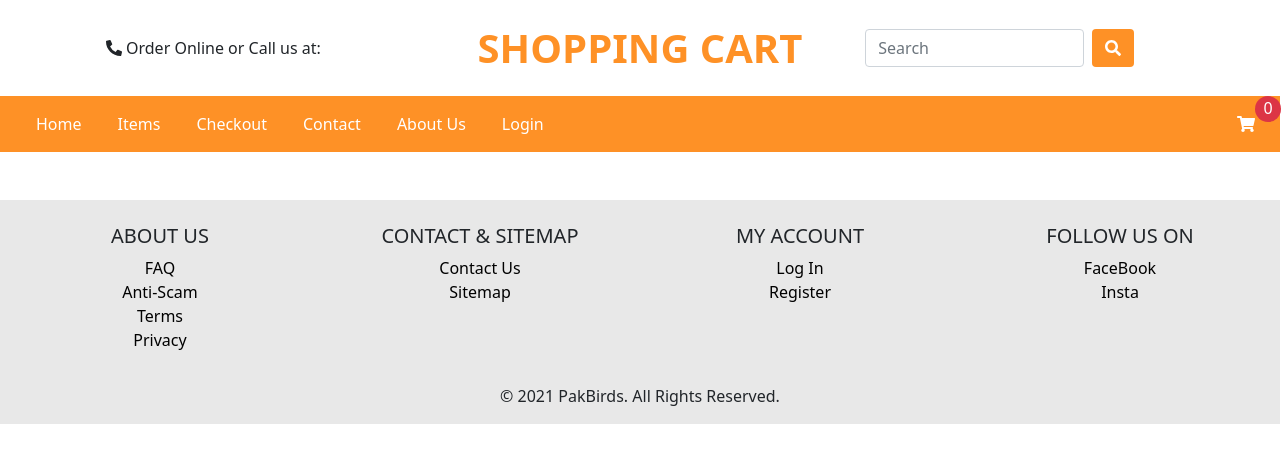
Repository: SaudCh/React-Ecommerce
Page: /checkout
The author's editor kept a copy of each file at every save. The page is drawn from the files as they stood at one save, then again after the next save.
The browser window is 1280 px wide. The page is 1281 px wide, then 1280 px, so the pictures cover 1281 px, including what lies to the right of the window. The pictures show the whole page.
The project was rebuilt for these pictures with package versions that can differ from the ones it lists, and the page was loaded fresh each time. Also part of the build but not shown: src/App.css, src/Home/Carousel.jsx, src/data/items.js, src/data/discounted.js, src/Home/Card.jsx, src/Home/home.jsx, src/Login/Login.jsx, src/Register/register.jsx and 3 more.

Above is the page before, as saved 2021-12-22 14:54:00.

### src/App.js
import "./App.css";
import Header from "./Header/Header";
import "../node_modules/bootstrap/dist/css/bootstrap.min.css";
import "../node_modules/bootstrap/dist/js/bootstrap.bundle.min";
import Home from "./Home/home";
import { BrowserRouter, Switch, Route } from "react-router-dom";
import Login from "./Login/Login";
import Register from "./Register/register";
import Item from "./Item/item";
import Footer from "./Footer/Footer";
import React, { useState } from "react";
import Cart from "./Cart/Cart";

function App() {
  const [cart, setCart] = useState([]);
  const cartHandler = (prod) => {
    //console.log(prod);
    setCart((product) => [...product, prod]);
    //console.log(cart);
  };
  const removeCart = (id) => {
    //console.log(id);
    setCart((c) => {
      return c.filter((ca) => ca.id !== id);
    });
  };
  return (
    <BrowserRouter>
      <Header cart={cart} />
      <Switch>
        <Route path="/" exact>
          <Home cartHandler={cartHandler} />
        </Route>
        <Route path="/product/:pid" exact>
          <Item />
        </Route>
        <Route path="/login" exact>
          <Login />
        </Route>
        <Route path="/register" exact>
          <Register />
        </Route>
        <Route path="/cart" exact>
          {/* <Register /> */}
          <Cart cart={cart} removeCart={removeCart} />
        </Route>
      </Switch>
      <Footer />
    </BrowserRouter>
  );
}

export default App;

### src/Header/Header.jsx
import {
  faPhoneAlt,
  faSearch,
  faShoppingCart,
} from "@fortawesome/free-solid-svg-icons";
import { FontAwesomeIcon } from "@fortawesome/react-fontawesome";
import React from "react";
import { Link } from "react-router-dom";
import "./Header.css";

export default function Header(props) {
  return (
    <div>
      <nav className="container-fluid  my-4">
        <div className="row align-items-center">
          <div className="col-12 col-md-4 my-2 my-lg-0 text-center ">
            <p className="m-0 p-0">
              <FontAwesomeIcon icon={faPhoneAlt} /> Order Online or Call us at:{" "}
            </p>
          </div>
          <div className="col-12 col-md-4 my-2 my-lg-0 text-center">
            <p className="m-0 fw-bold h1" style={{ color: "#fe9126" }}>
              SHOPPING CART
            </p>
          </div>
          <div className="col-12 col-md-4 my-2 my-lg-0 text-center">
            <form class="d-flex col-12 col-lg-8">
              <input
                class="form-control me-2"
                type="search"
                placeholder="Search"
                aria-label="Search"
              />
              <button
                class="btn text-white"
                style={{ backgroundColor: "#fe9126" }}
                type="submit"
              >
                <FontAwesomeIcon icon={faSearch} />
              </button>
            </form>
          </div>
        </div>
      </nav>
      <nav
        class="navbar navbar-expand-md navbar-dark"
        style={{ backgroundColor: "#fe9126" }}
      >
        <div class="container-fluid">
          <Link class="navbar-brand" href="#"></Link>

          <button
            class="navbar-toggler"
            type="button"
            data-bs-toggle="collapse"
            data-bs-target="#navbarSupportedContent"
            aria-controls="navbarSupportedContent"
            aria-expanded="false"
            aria-label="Toggle navigation"
          >
            <span class="navbar-toggler-icon"></span>
          </button>
          <div class="collapse navbar-collapse" id="navbarSupportedContent">
            <ul class="navbar-nav me-auto mb-2 mb-lg-0 nav-ul">
              <li class="nav-item">
                <Link class="nav-link  text-white" aria-current="page" to="/">
                  Home
                </Link>
              </li>
              <li class="nav-item">
                <Link class="nav-link  text-white" to="#">
                  Items
                </Link>
              </li>

              <li class="nav-item">
                <Link
                  class="nav-link text-white"
                  to="#"
                  tabindex="-1"
                  aria-disabled="true"
                >
                  Checkout
                </Link>
              </li>
              <li class="nav-item">
                <Link
                  class="nav-link text-white"
                  to="#"
                  tabindex="-1"
                  aria-disabled="true"
                >
                  Contact
                </Link>
              </li>
              <li class="nav-item">
                <Link
                  class="nav-link text-white"
                  to="#"
                  tabindex="-1"
                  aria-disabled="true"
                >
                  About Us
                </Link>
              </li>
              <li class="nav-item">
                <Link
                  class="nav-link text-white"
                  to="/login"
                  tabindex="-1"
                  aria-disabled="true"
                >
                  Login
                </Link>
              </li>
            </ul>
            <Link to="/cart" className="btn text-white">
              <FontAwesomeIcon icon={faShoppingCart} />
              <span
                className="bg-danger"
                style={{
                  borderRadius: "50%",
                  position: "absolute",
                  top: 0,
                  height: 26,
                  width: 26,
                }}
              >
                {props.cart.length}
              </span>
            </Link>
          </div>
        </div>
      </nav>
    </div>
  );
}

### src/Footer/Footer.jsx
import React from "react";
import "./footer.css";

export default function Footer() {
  return (
    <footer
      style={{ backgroundColor: "#e8e8e8" }}
      class="page-footer font-small blue pt-4 mt-5"
    >
      <div class="container-fluid text-center text-md-left">
        <div class="row">
          <div class="col-md-3 mb-md-0 mb-3">
            <h5 class="text-uppercase">ABOUT US</h5>

            <ul class="list-unstyled">
              <li>
                <a href="#!">FAQ</a>
              </li>
              <li>
                <a href="#!">Anti-Scam</a>
              </li>
              <li>
                <a href="#!">Terms</a>
              </li>
              <li>
                <a href="#!">Privacy</a>
              </li>
            </ul>
          </div>
          <div class="col-md-3 mb-md-0 mb-3">
            <h5 class="text-uppercase">CONTACT & SITEMAP</h5>

            <ul class="list-unstyled">
              <li>
                <a href="#!">Contact Us</a>
              </li>
              <li>
                <a href="#!">Sitemap</a>
              </li>
            </ul>
          </div>
          <div class="col-md-3 mb-md-0 mb-3">
            <h5 class="text-uppercase">MY ACCOUNT</h5>

            <ul class="list-unstyled">
              <li>
                <a href="#!">Log In</a>
              </li>
              <li>
                <a href="#!">Register</a>
              </li>
            </ul>
          </div>

          <div class="col-md-3 mb-md-0 mb-3">
            <h5 class="text-uppercase">FOLLOW US ON</h5>

            <ul class="list-unstyled">
              <li>
                <a href="#!">FaceBook</a>
              </li>
              <li>
                <a href="#!">Insta</a>
              </li>
            </ul>
          </div>
        </div>
      </div>

      <div class="footer-copyright text-center py-3">
        © 2021 PakBirds. All Rights Reserved.
      </div>
    </footer>
  );
}

### src/Header/Header.css
.nav-ul li {
  margin-right: 20px;
}

### src/Footer/footer.css
* {
  margin: 0;
  padding: 0;
}
.links {
  color: black;
  text-decoration: none;
}
.links:hover {
  color: black;
}

footer a {
  color: black;
  text-decoration: none;
}
footer a:hover {
  color: black;
}

Loaded but not shown: public/index.html (common file); src/index.js (common file); src/reportWebVitals.js (common file)

After the next save:
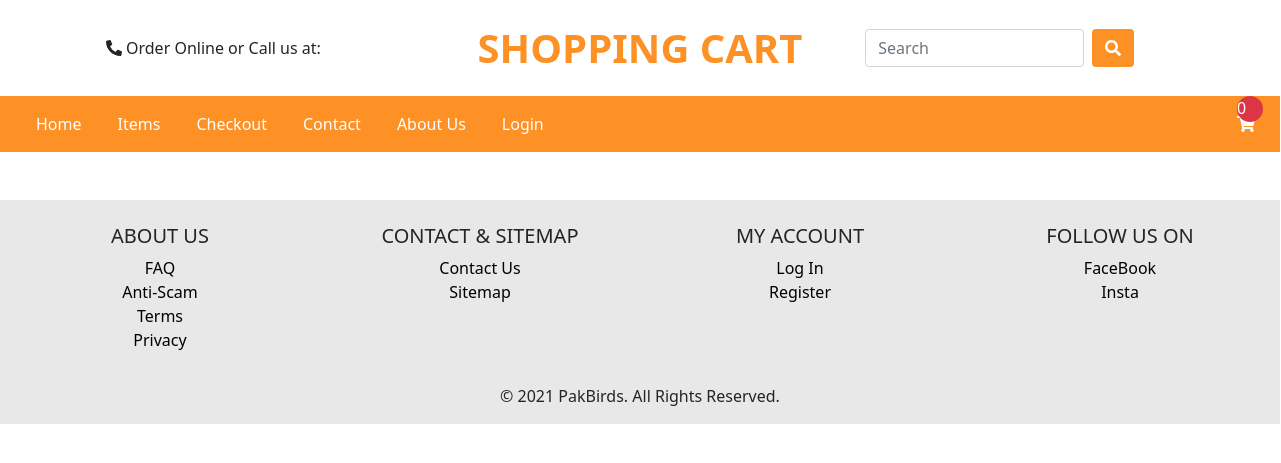
Saved 25 s later.
--- a/src/Header/Header.jsx
+++ b/src/Header/Header.jsx
@@ -124,6 +124,7 @@ export default function Header(props) {
                   top: 0,
                   height: 26,
                   width: 26,
+                  display: "flex",
                 }}
               >
                 {props.cart.length}
